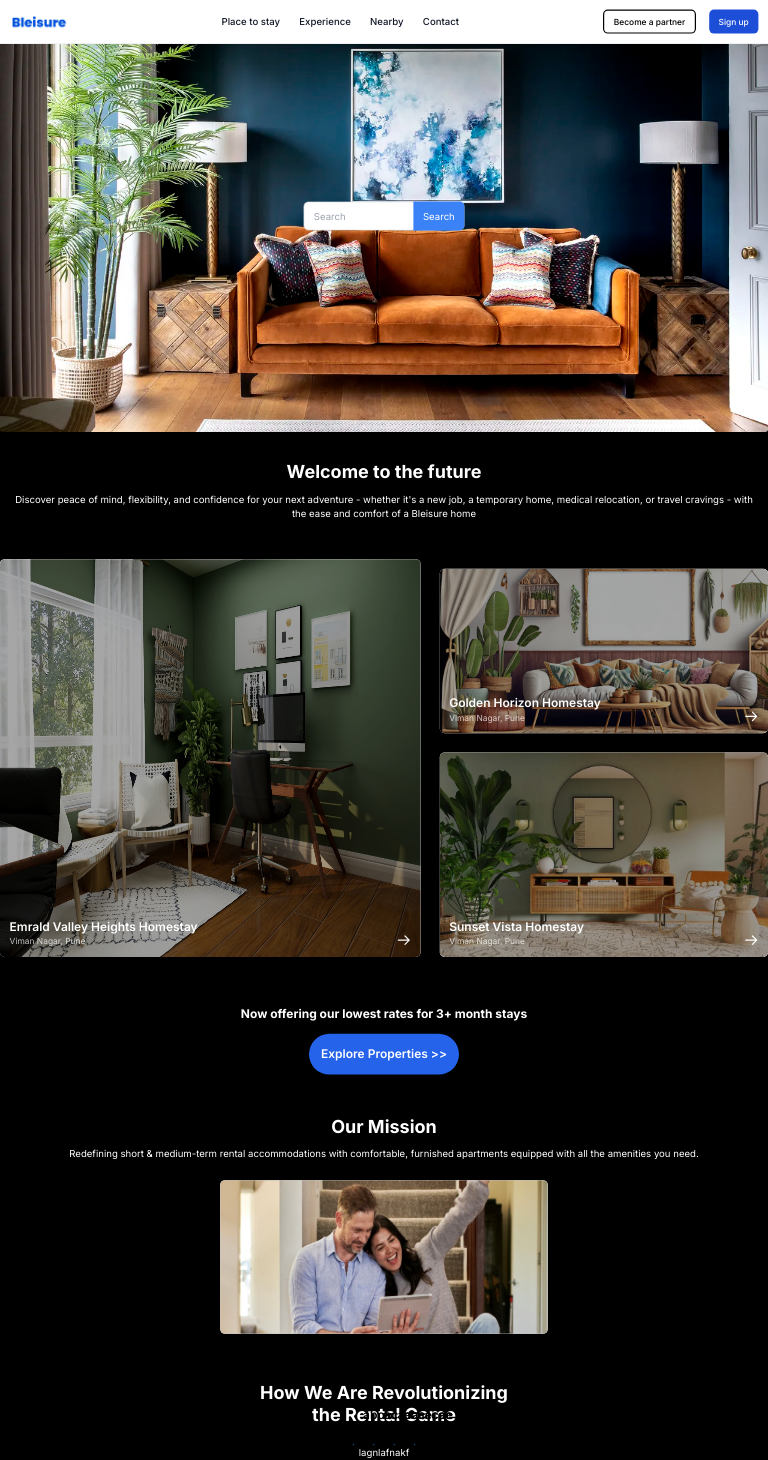
Repository: aditya-jha-kumar/BleisureHosting-V1
Page: /home
The author's editor kept a copy of each file at every save. The page is drawn from the files as they stood at one save, then again after a run of saves.
The browser window is 1280 px wide. The pictures show the whole page, at 60% of full size.
The project was rebuilt for these pictures with package versions that can differ from the ones it lists, and the page was loaded fresh each time. The framework's server and built-in components were replaced by stand-ins that run in the browser. Also part of the build but not shown: next.config.mjs.

Above is the page before, as saved 2024-06-12 15:29:49.

After the next 5 saves:
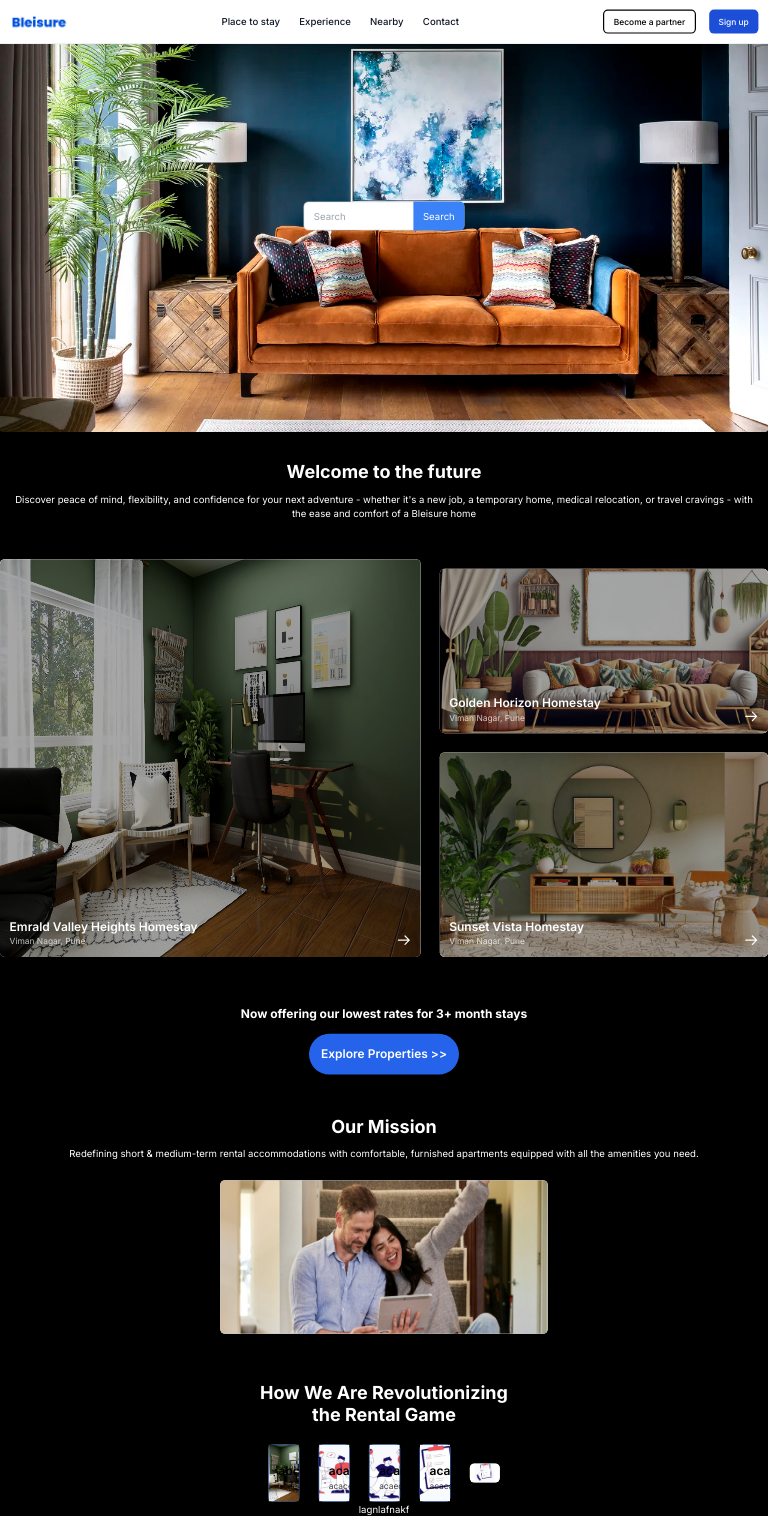
The 5 saves are shown as one change because they came seconds apart.
The last was saved 67 s later.
--- a/src/app/home/page.tsx
+++ b/src/app/home/page.tsx
@@ -112,6 +112,7 @@ export default function Home() {
         <Card2 imageSrc="/a2.png" largeText="acacac" smallText="acacea" />
         <Card2 imageSrc="/a3.png" largeText="acaecae" smallText="acaecae" />
         <Card2 imageSrc="/a4.png" largeText="acac" smallText="acacaecaec" />
+        <Card    imageSrc="/a4.png" largeText="acac" smallText="acacaecaec" />
       </div>
       <div>
         <h1>lagnlafnakf</h1>
